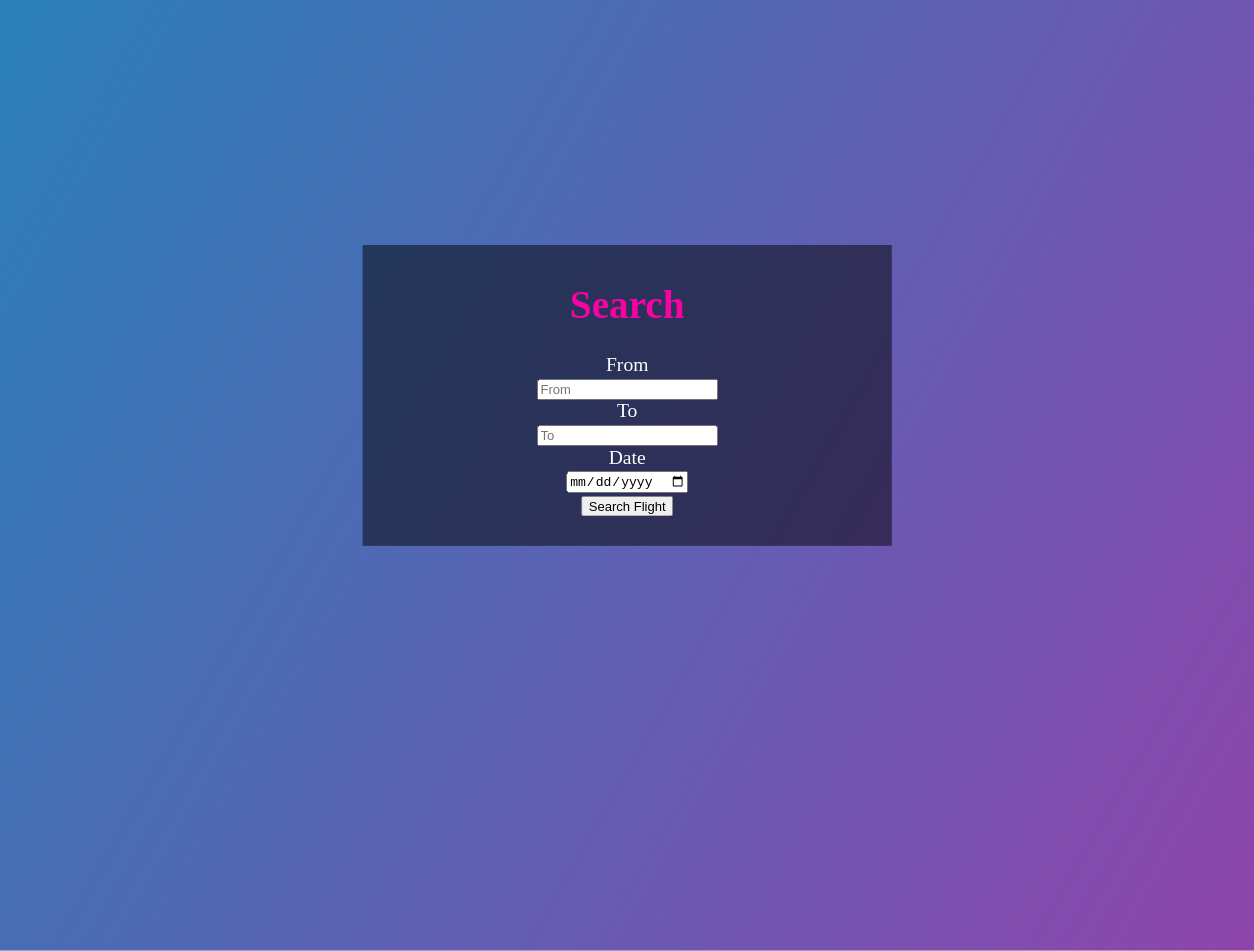
Repository: kalpesh3070/backend2
Page: flyaway/src/main/webapp/Home.html
The author's editor kept a copy of each file at every save. The page is drawn from the files as they stood at one save, then again after the next save.
The browser window is 1280 px wide. The pictures show the whole page, at 98% of full size.

Above is the page before, as saved 2022-11-13 18:54:03.

### flyaway/src/main/webapp/Home.html
<!DOCTYPE html>
<html>
<head>
<meta charset="ISO-8859-1">
<link rel="stylesheet" href="home.css">
<title>Go Airways</title>
</head>
<body>
<form action="search">
<div class="lable">
<center>


<h1>Search</h1>
<div class= "body">

<lable for="from" >From</lable>
<div class="input">
<input  type="text" name="from" placeholder="From"><br>
</div>

<div class="input">
<lable for="to">To</lable>
<input type="text" name="To" placeholder="To"><br>
</div>

<div class="date">
<lable>Date</lable><input type="date" name="date"><br>
</div>

<div class="submit">
<input type="submit" value="Search Flight">
</div>

</div>
</div>
</form>
</center>
</div>
</body>
</html>

### flyaway/src/main/webapp/home.css
@charset "ISO-8859-1";
body{
margin: 0;
padding: 0;
font-family: montserrat;
background: linear-gradient(120deg,#2980b9,#8e44ad);
height: 100vh;
overflow:hidden;
}

.lable{
width : 500px;
background-color: rgba(0,0,0,.5);
padding:10px 20px 30px;
margin:250px auto;
color:white;
font-size:20px;

}

.lable h1{
	color:#f603a3;
	text-align: center;
}

.lable lable{
	display:block;
}

After the next save:
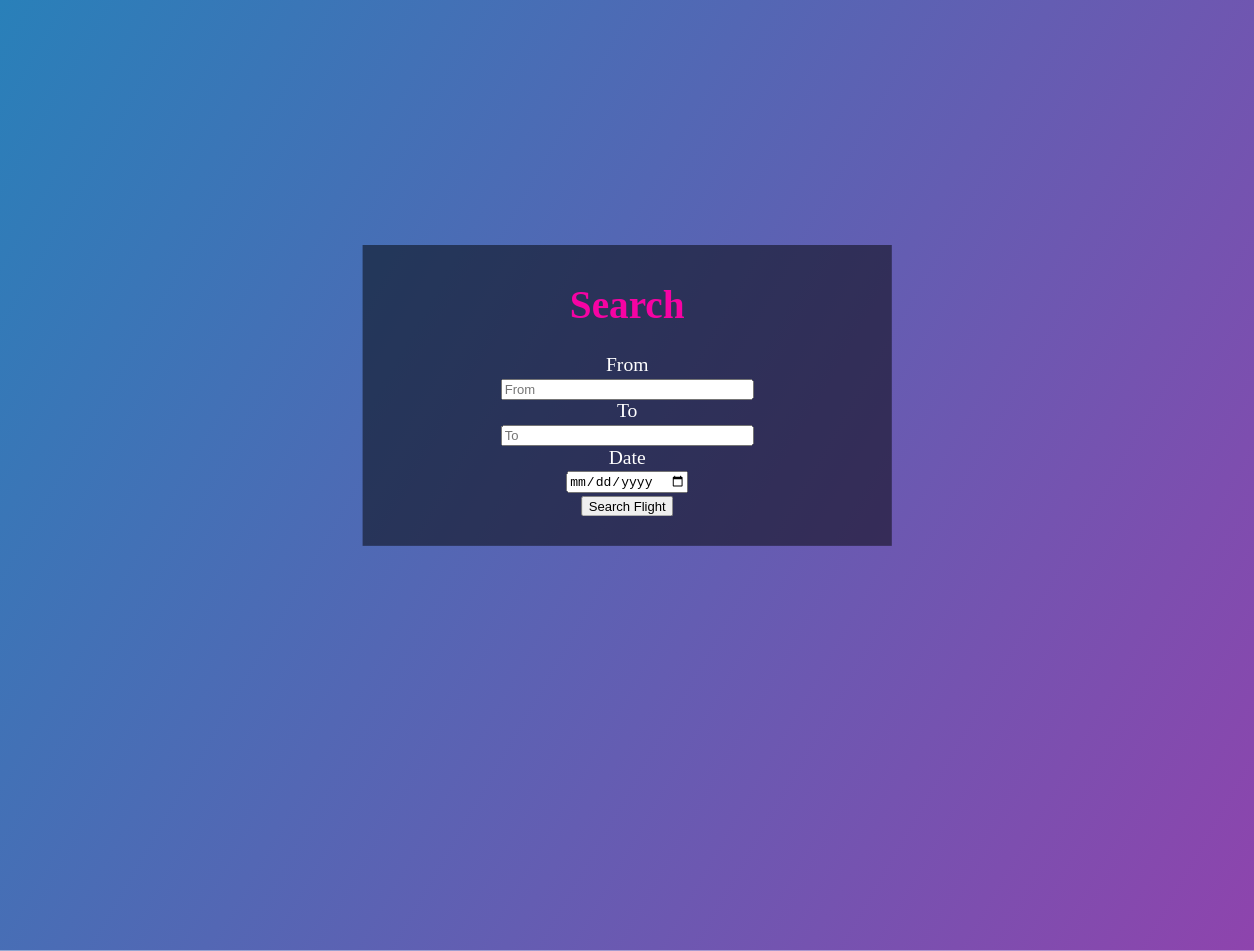
Saved 98 s later.
--- a/flyaway/src/main/webapp/home.css
+++ b/flyaway/src/main/webapp/home.css
@@ -26,3 +26,8 @@ font-size:20px;
 .lable lable{
 	display:block;
 }
+
+.input input{
+
+	width:50%;
+}
